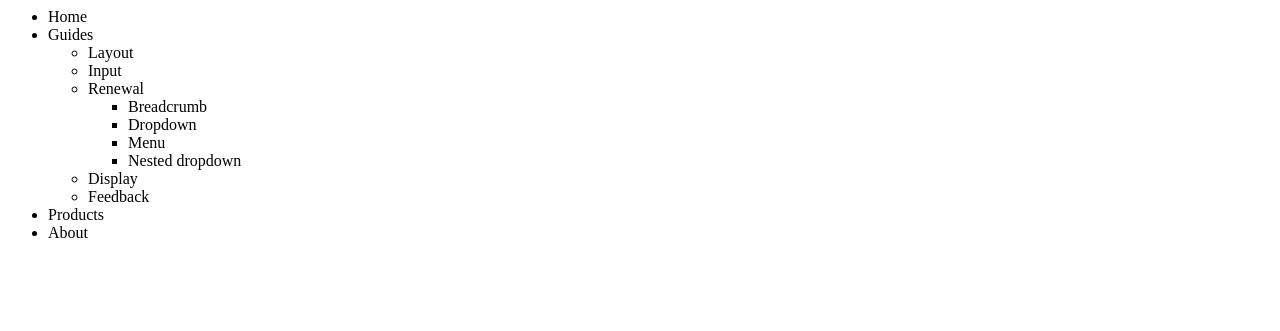
Repository: muesinga/ticketoffice-dot-info
Page: components/nav.html
An editor plug-in stored every save of this project. The page is shown before and after the next save, followed by the edit.
The browser window is 1280 px wide. The pictures show the whole page.

Above is the page before, as saved 2022-06-10 13:29:01.

### components/nav.html
<!-- <nav>
    <ul id="navlink-container">
        <li><a class="navlink" href="../index.html">Home</a></li>
        <li><a class="navlink" href="../guides/manual.html">Manual</a></li>
        <li><a class="navlink" href="../guides/renewal.html">Renewal</a></li>
        <li class="dropdown">
        <a href="javascript:void(0)" class="dropbtn">Guides</a>
            <div class="dropdown-content">
            <a href="../guides/manual.html">Manual</a>
                <a href="../guides/renewal.html" class="dropbtn">Renewal</a>
                <div class="dropdown-content">
                    <a href="#timeline" class="w3-bar-item w3-button">Timeline & Resources</a>
                    <a href="#set-up" class="w3-bar-item w3-button">Order Set-Up</a>
                    <a href="#seats" class="w3-bar-item w3-button">Seats</a>
                    <a href="#requests" class="w3-bar-item w3-button">Special Requests</a>
                    <a href="#ada-subs" class="w3-bar-item w3-button">ADA Subscriptions</a>
                    <a href="#salem-subs" class="w3-bar-item w3-button">SALEM Subscriptions</a>
                    <a href="#add-ons" class="w3-bar-item w3-button">Add-Ons</a>
                    <a href="#virtual-concerts" class="w3-bar-item w3-button">Virtual Concerts</a>
                    <a href="#payments" class="w3-bar-item w3-button">Payments</a>
                </div>
            </div>
        </div>
        </li>
    </ul>
</nav> -->


<ul class="dropdown">
    <li>Home</li>
    <li>
        <div>Guides</div>
        <!-- First level sub dropdown -->
        <ul>
            <li>Layout</li>
            <li>Input</li>
            <li>
                <div>Renewal</div>
                <!-- Second level sub dropdown -->
                <ul>
                    <li>Breadcrumb</li>
                    <li>Dropdown</li>
                    <li>Menu</li>
                    <li>Nested dropdown</li>
                </ul>
            </li>
            <li>Display</li>
            <li>Feedback</li>
        </ul>
    </li>
    <li>Products</li>
    <li>About</li>
</ul>

After the next save:
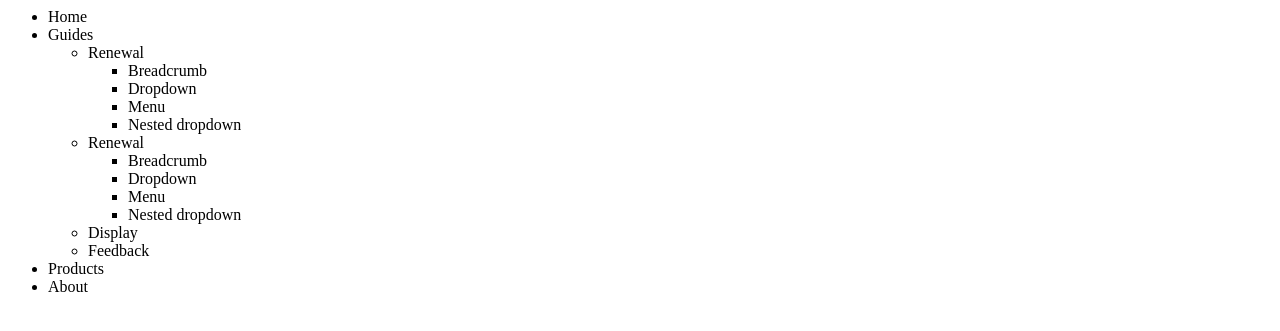
Saved 17 s later.
--- a/components/nav.html
+++ b/components/nav.html
@@ -32,8 +32,16 @@
         <div>Guides</div>
         <!-- First level sub dropdown -->
         <ul>
-            <li>Layout</li>
-            <li>Input</li>
+            <li>
+                <div>Renewal</div>
+                <!-- Second level sub dropdown -->
+                <ul>
+                    <li>Breadcrumb</li>
+                    <li>Dropdown</li>
+                    <li>Menu</li>
+                    <li>Nested dropdown</li>
+                </ul>
+            </li>
             <li>
                 <div>Renewal</div>
                 <!-- Second level sub dropdown -->
